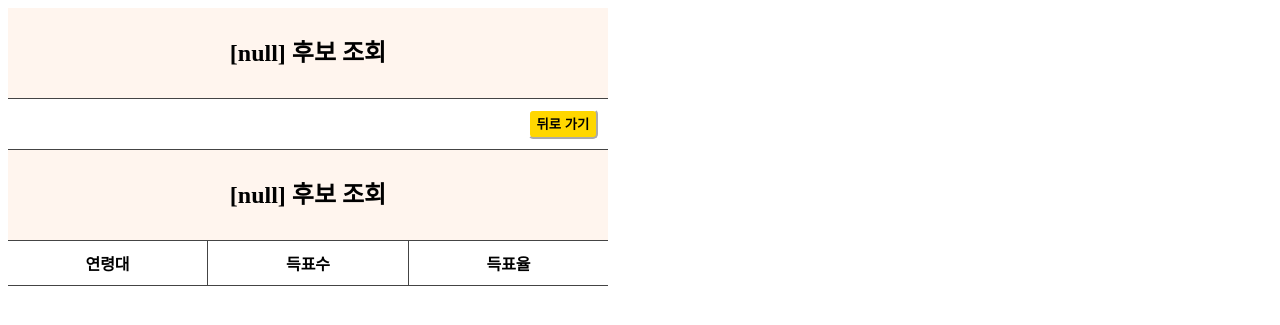
Repository: noheul1030/KOPO-HTML
Page: http://localhost/Tupyo/Tupyo/oneviewDB.jsp
The author's editor kept a copy of each file at every save. The page is drawn from the files as they stood at one save, then again after the next save.
The browser window is 1280 px wide. The pictures show the whole page.
The page is served by Tomcat 9. Queries for data that is not in the repository find no rows.

Above is the page before, as saved 2023-06-04 09:24:02.

After the next save:
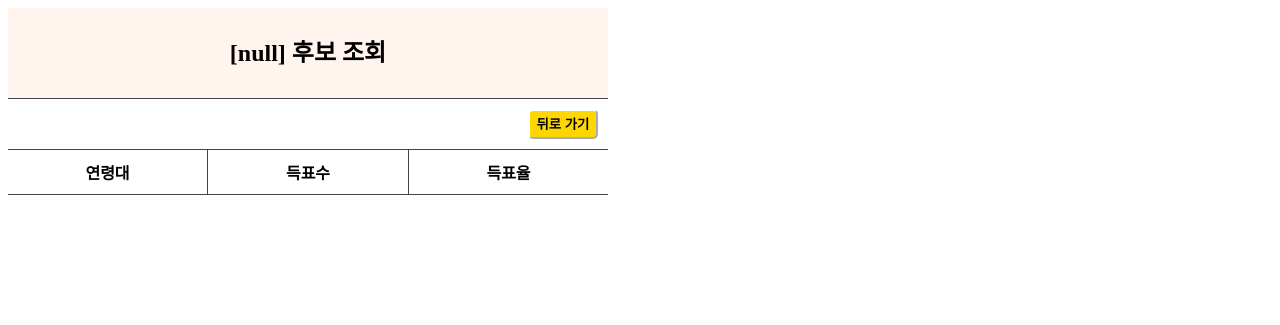
Saved 15 s later.
--- a/Tupyo/src/main/webapp/Tupyo/oneviewDB.jsp
+++ b/Tupyo/src/main/webapp/Tupyo/oneviewDB.jsp
@@ -77,9 +77,6 @@
 		</table>
 		<table>
 			<tr>
-				<td bgcolor = #fff5ee colspan = "3"><h2 align = center>[<%=key%>] 후보 조회</h2></td><!--해당 key값 head text 크기 1-->
-			</tr>
-			<tr>
 				<td><b>연령대</b></td> <td><b>득표수</b></td> <td><b>득표율</b></td>
 			</tr>
 
